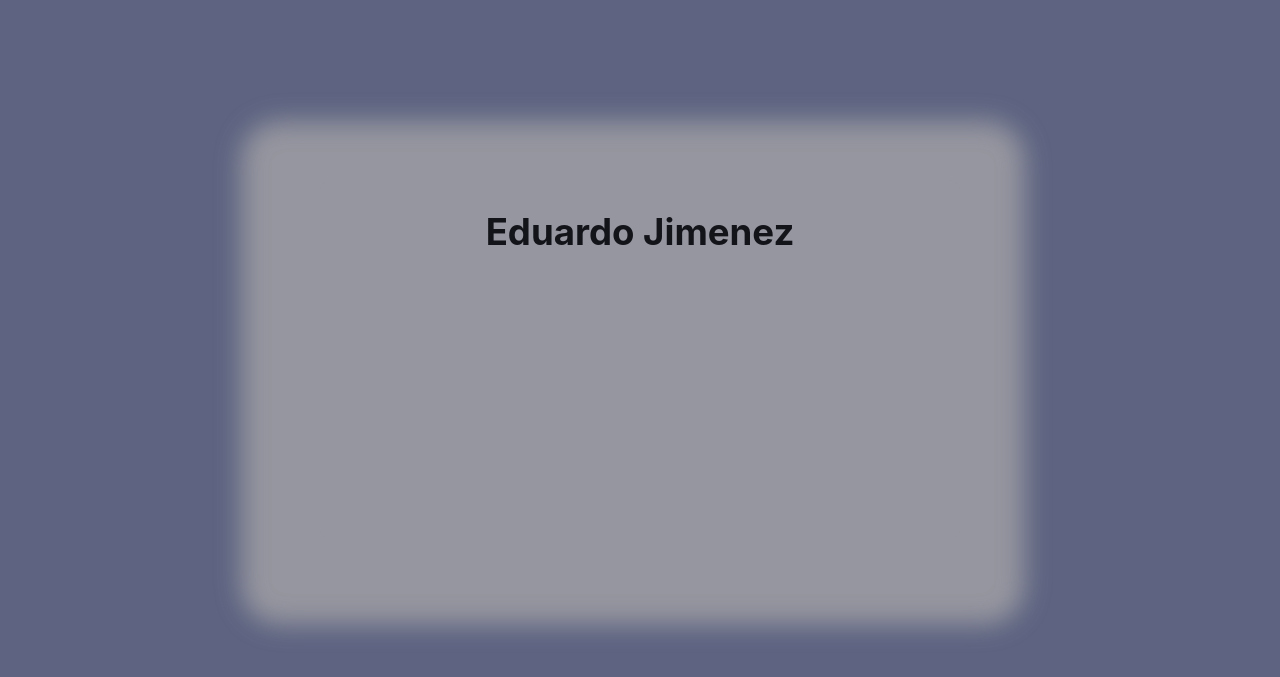
Repository: l8nightswithJS/react-my-portfolio
Page: /
The author's editor kept a copy of each file at every save. The page is drawn from the files as they stood at one save, then again after the next save.
The browser window is 1280 px wide. The pictures show the whole page.
The project was rebuilt for these pictures with package versions that can differ from the ones it lists, and the page was loaded fresh each time.

Above is the page before, as saved 2021-04-29 11:33:19.

### src/App.js
import './App.css';


function App() {
  return (
    <div className="App">
      <header className="App-header">
        <section>
          <h1>Eduardo Jimenez</h1>
        </section>
      </header>
    </div>
  );
}

export default App;

### src/App.css
.App {
  height: 100vh;
  width: 100%;
  text-align: center;
  background-color: rgb(93, 99, 129);
}

section {
  position: fixed;
  top: 0;
  bottom: 0;
  left: 0;
  right: 0;
  background-color: rgb(164, 163, 167);
  height: 50vh;
  width: 50vw;
  margin: auto;
  font-size: calc(10px + 2vmin);
  color: white;
  box-shadow: -1vh 1vw 2vw 10vh rgb(164, 163, 167);
  opacity: .8;
  border-radius: 1.5vh;
}

h1 {
  color: black;
}

Loaded but not shown: public/index.html (common file); src/index.js (common file); src/index.css (common file); src/reportWebVitals.js (common file)

After the next save:
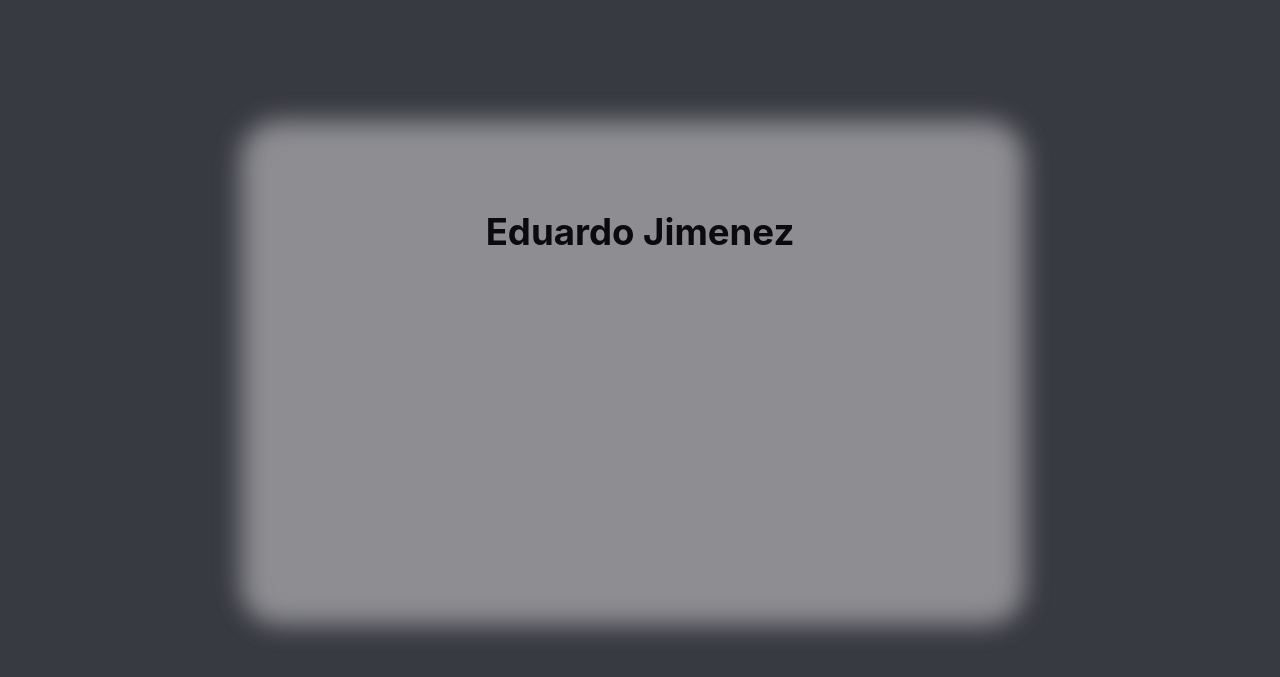
Saved 2 min 29 s later.
--- a/src/App.css
+++ b/src/App.css
@@ -2,7 +2,7 @@
   height: 100vh;
   width: 100%;
   text-align: center;
-  background-color: rgb(93, 99, 129);
+  background-color: rgb(56, 58, 65);
 }
 
 section {
